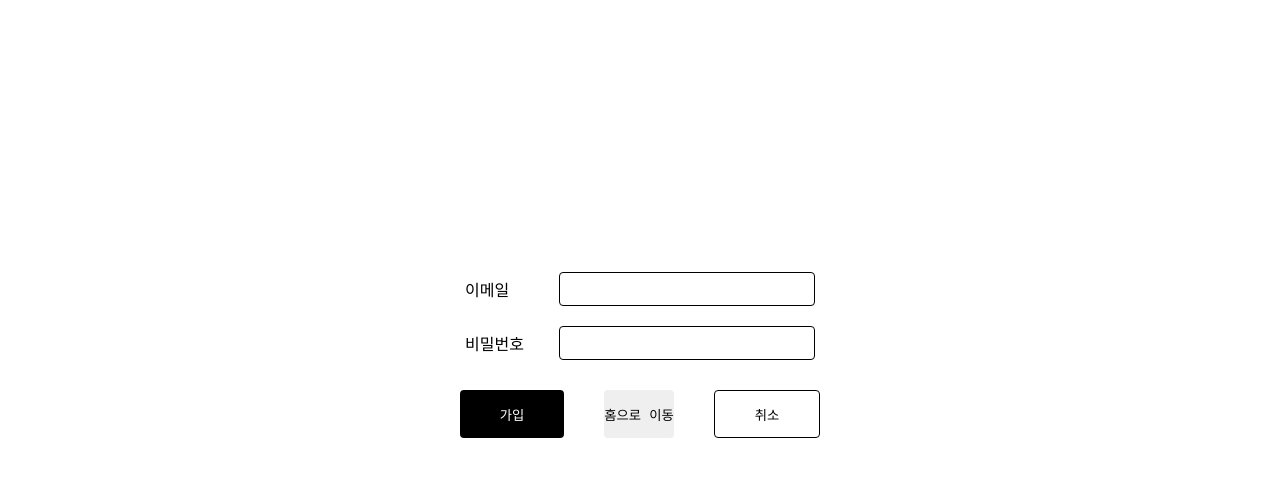
Repository: momo0170/react-shopping
Page: /register
The author's editor kept a copy of each file at every save. The page is drawn from the files as they stood at one save, then again after the next save.
The browser window is 1280 px wide. The pictures show the whole page.
The page's requests for data from a server got no answer. Some web fonts or font styles are not loaded; a fallback is used. The project was rebuilt for these pictures with package versions that can differ from the ones it lists, and the page was loaded fresh each time. No one was signed in, and anything a server would have sent is missing. Also part of the build but not shown: src/App.css, src/css/Header.module.css, src/components/Header.jsx, src/App.js, src/router/Products.jsx, src/css/Login.module.css, src/router/Login.jsx.

Above is the page before, as saved 2023-02-24 18:57:07.

### public/index.html
<!DOCTYPE html>
<html lang="en">
  <head>
    <meta charset="utf-8" />
    <link rel="icon" href="%PUBLIC_URL%/images/shopping.png" />
    <meta name="viewport" content="width=device-width, initial-scale=1" />
    <meta name="theme-color" content="#000000" />
    <meta
      name="description"
      content="Web site created using create-react-app"
    />
    <!-- <link rel="apple-touch-icon" href="%PUBLIC_URL%/logo192.png" /> -->
    <!--
      manifest.json provides metadata used when your web app is installed on a
      user's mobile device or desktop. See https://developers.google.com/web/fundamentals/web-app-manifest/
    -->

    <!--
      Notice the use of %PUBLIC_URL% in the tags above.
      It will be replaced with the URL of the `public` folder during the build.
      Only files inside the `public` folder can be referenced from the HTML.

      Unlike "/favicon.ico" or "favicon.ico", "%PUBLIC_URL%/favicon.ico" will
      work correctly both with client-side routing and a non-root public URL.
      Learn how to configure a non-root public URL by running `npm run build`.
    -->
    <title>Shoppy</title>
    <link rel="preconnect" href="https://fonts.googleapis.com" />
    <link rel="preconnect" href="https://fonts.gstatic.com" crossorigin />
    <link
      href="https://fonts.googleapis.com/css2?family=Nanum+Gothic+Coding&display=swap"
      rel="stylesheet"
    />
  </head>
  <body>
    <noscript>You need to enable JavaScript to run this app.</noscript>
    <div id="root"></div>
    <!--
      This HTML file is a template.
      If you open it directly in the browser, you will see an empty page.

      You can add webfonts, meta tags, or analytics to this file.
      The build step will place the bundled scripts into the <body> tag.

      To begin the development, run `npm start` or `yarn start`.
      To create a production bundle, use `npm run build` or `yarn build`.
    -->
  </body>
</html>

### src/index.js
import React from 'react';
import ReactDOM from 'react-dom/client';
import './index.css';
import App from './App';
import { createBrowserRouter, RouterProvider } from 'react-router-dom';
import Products from './router/Products';
import Login from './router/Login';
import Register from './router/Register';

const router = createBrowserRouter([
  {
    path: '/',
    element: <App />,
    children: [
      {
        index: true,
        element: <Products />,
      },
    ],
  },
  {
    path: '/login',
    element: <Login />,
  },
  {
    path: '/register',
    element: <Register />,
  },
]);
const root = ReactDOM.createRoot(document.getElementById('root'));
root.render(
  <RouterProvider router={router}>
    <App />
  </RouterProvider>
);

### src/index.css
:root {
  --margin-small: 5px;
  --margin-medium: 10px;
  --margin-large: 20px;
  --margin-xlarge: 30px;

  --font-xsmall: 14px;
  --font-small: 16px;
  --font-medium: 24px;
  --font-large: 32px;
  --font-xlarge: 36px;
  --font-xxlarge: 44px;
}

body {
  margin: 0;
  font-family: 'Nanum Gothic Coding', monospace;
}

button {
  font-family: 'Nanum Gothic Coding', monospace;
}

### src/router/Register.jsx
import React, { useState } from 'react';
import { registerUser } from '../firebase/Firebase-Auth';
import styles from '../css/Register.module.css';

export default function Register() {
  const [account, setAccount] = useState({
    email: '',
    password: '',
  });

  const onChangeAccount = (e) => {
    setAccount({
      ...account,
      [e.target.name]: e.target.value,
    });
  };

  // 회원가입
  const registerAccount = () => {
    const result = window.confirm('가입하시겠습니까?');
    result && registerUser(account.email, account.password);
  };
  console.log(`이메일 : ${account.email}`);
  console.log(`비밀번호 : ${account.password}`);
  return (
    <main className={styles.main}>
      <div className={styles.email}>
        <span>이메일</span>
        <input type="text" name="email" onChange={onChangeAccount} />
      </div>
      <div className={styles.password}>
        <span>비밀번호</span>
        <input type="password" name="password" onChange={onChangeAccount} />
      </div>
      <div className={styles.btns}>
        <button onClick={registerAccount} className={styles.registerBtn}>
          가입
        </button>
        <button className={styles.homeBtn}>홈으로 이동</button>
        <button className={styles.cancelBtn}>취소</button>
      </div>
    </main>
  );
}

### src/firebase/Firebase-Auth.js
import { initializeApp } from 'firebase/app';
import { getAuth, createUserWithEmailAndPassword } from 'firebase/auth';

const firebaseConfig = {
  apiKey: process.env.REACT_APP_API_KEY,
  authDomain: process.env.REACT_APP_AUTH_DOMAIN,
  databaseURL: process.env.REACT_APP_DATABASE_URL,
  projectId: process.env.REACT_APP_PROJECT_ID,
  storageBucket: process.env.REACT_APP_STORAGE_BUCKET,
  messagingSenderId: process.env.REACT_APP_MESSAGING_ID,
  appId: process.env.REACT_APP_APP_ID,
};

const app = initializeApp(firebaseConfig);
const auth = getAuth(app);

// firebase에 사용자 등록
export function registerUser(email, password) {
  createUserWithEmailAndPassword(auth, email, password)
    .then((userCredential) => {
      // Signed in
      const user = userCredential.user;
      console.log(user);
      // ...
    })
    .catch((error) => {
      console.log(error);
      // ..
    });
}

### src/css/Register.module.css
.main {
  display: flex;
  flex-direction: column;
  justify-content: center;
  align-items: center;
  width: 500px;
  height: 100vh;
  margin: 0 auto;
}

.email,
.password {
  width: 350px;
  display: flex;
  justify-content: space-between;
  align-items: center;
}

.email input,
.password input {
  width: 250px;
  height: 30px;
  margin: var(--margin-medium) 0;
  border: 0.5px solid black;
  border-radius: 4px;
  font-size: var(--font-small);
}

.email input:focus,
.password input:focus {
  outline: 1px solid black;
}

.btns {
  display: flex;
  justify-content: space-evenly;
}
.btns * {
  border: none;
  border-radius: 4px;
  cursor: pointer;
  margin: var(--margin-large);
  padding: calc(var(--margin-large) / 1.5) calc(var(--margin-large) * 2);
  /* font-size: var(--font-small); */
}
.registerBtn {
  color: white;
  background-color: black;
}
.homeBtn {
  padding: 0;
}
.cancelBtn {
  background-color: white;
  border: 1px solid black;
}

After the next save:
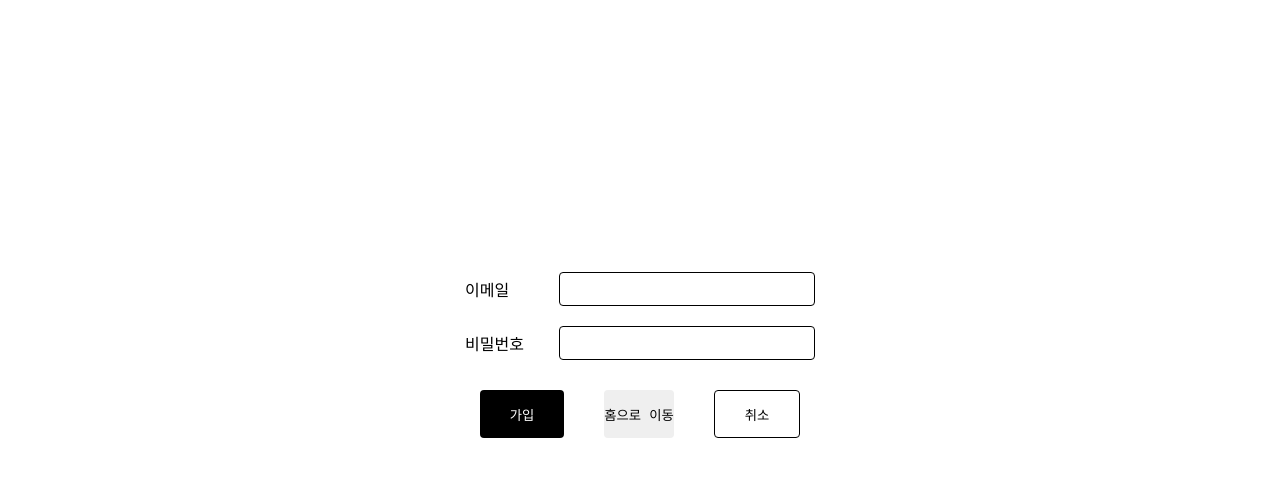
Saved 30 s later.
--- a/src/css/Register.module.css
+++ b/src/css/Register.module.css
@@ -40,7 +40,7 @@
   border-radius: 4px;
   cursor: pointer;
   margin: var(--margin-large);
-  padding: calc(var(--margin-large) / 1.5) calc(var(--margin-large) * 2);
+  padding: calc(var(--margin-large) / 1.5) calc(var(--margin-large) * 1.5);
   /* font-size: var(--font-small); */
 }
 .registerBtn {
